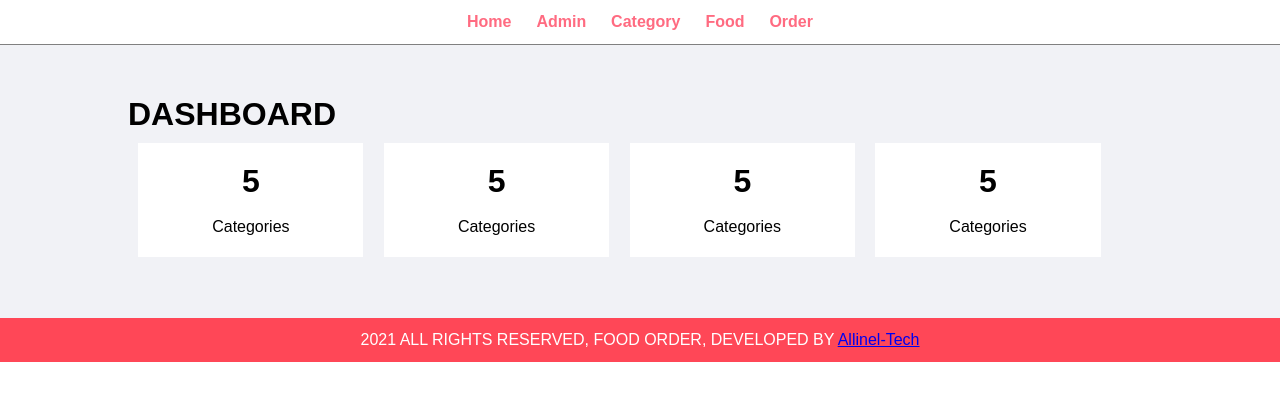
Repository: yazshrilld/food_order
Page: http://localhost/admin/index.php
The author's editor kept a copy of each file at every save. The page is drawn from the files as they stood at one save, then again after the next save.
The browser window is 1280 px wide. The pictures show the whole page.
The page is run by PHP 8.4 with error messages shown; the project is at /var/www/html/.

Above is the page before, as saved 2021-01-24 16:59:32.

After the next save:
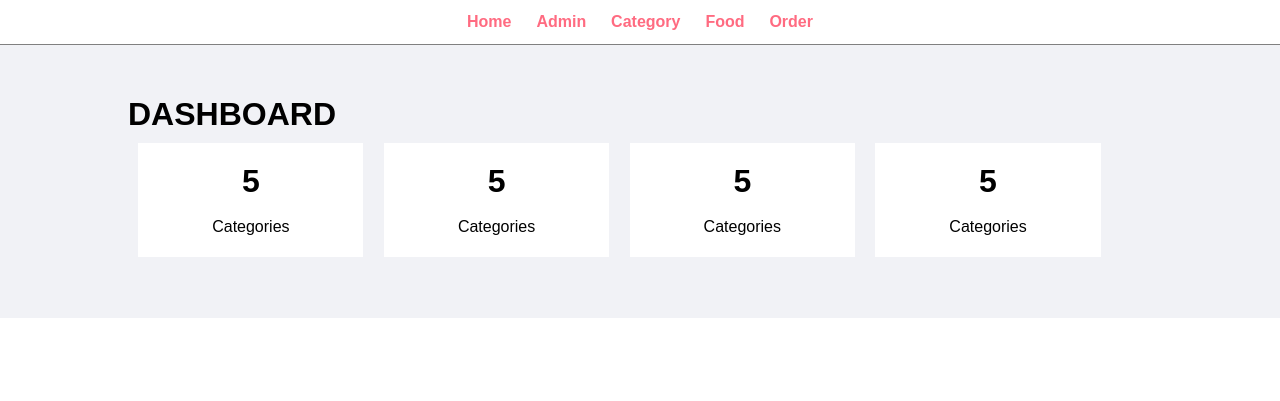
Saved 14 s later.
--- a/admin/index.php
+++ b/admin/index.php
@@ -20,14 +20,3 @@
                 </div>
             </div>
         <!-- Main Content Section Ends -->
-
-        <!-- Footer Section Starts -->
-            <div class="footer">
-                <div class="wrapper">
-                    <p class="text-center">2021 ALL RIGHTS RESERVED, FOOD ORDER, DEVELOPED BY <a href="#">Allinel-Tech</a></p>
-                </div>
-            </div>
-        <!-- Footer Section Ends -->
-
-    </body>
-</html>
